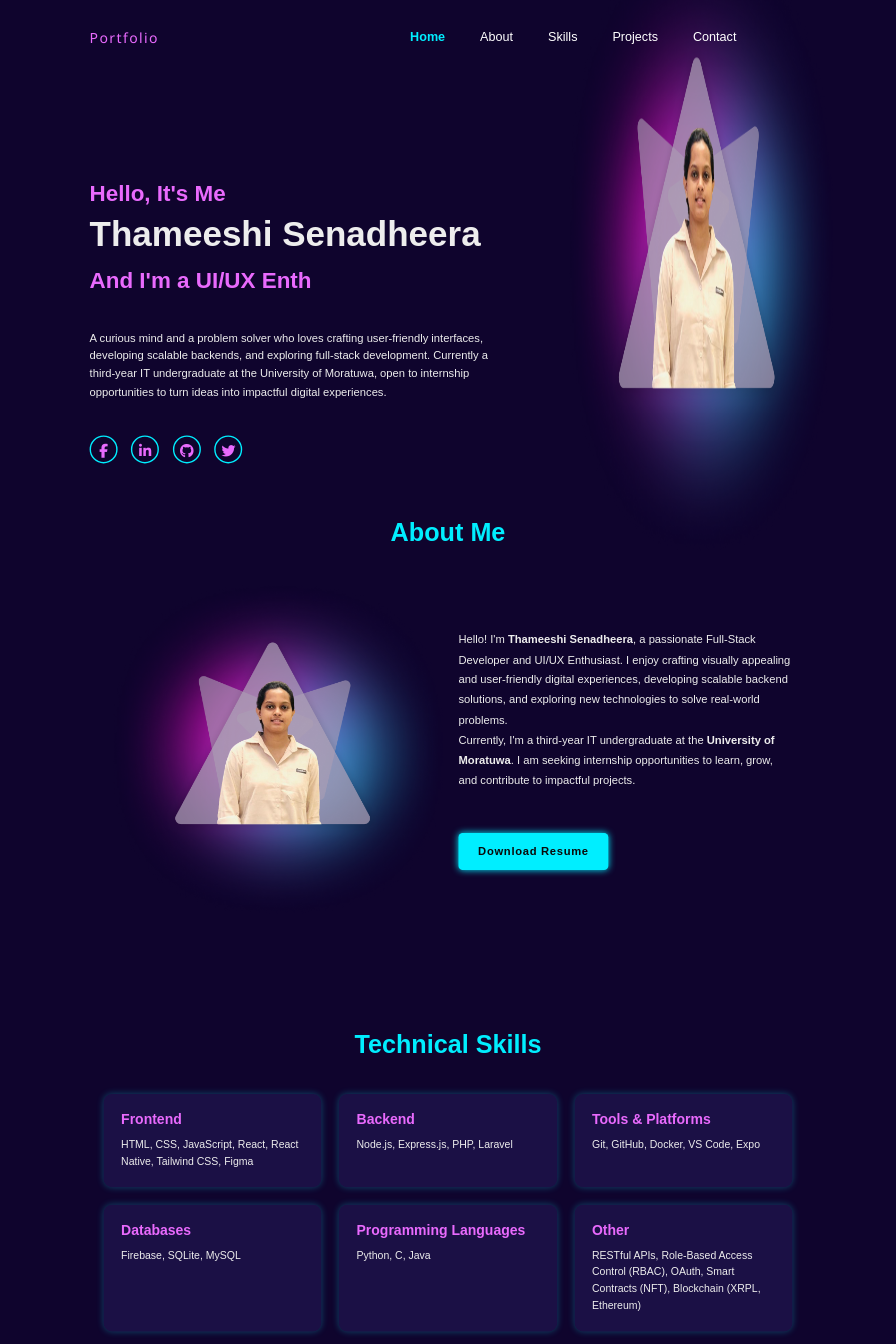
Repository: Thameeshi/portfolio-website
Page: http://localhost/
These files come from the project's save history. The page is drawn as it stood at one moment and after the next save; the edit follows.
The browser window is 1280 px wide. The pictures show the part of the page from y = 0 to 1920 px (the page is 3616 px tall), at 70% of full size.
Some web libraries are served in a nearby version. The page is served by the project's Node server (server.js).

Above is the page before, as saved 2025-09-10 11:04:25.

### public/css/style.css
/* Reset */
* {
    margin: 0;
    padding: 0;
    box-sizing: border-box;
    font-family: 'Poppins', sans-serif;
}

/* Body */
body {
    background: #0F042D;
    color: #ededed;
    scroll-behavior: smooth;
    overflow-x: hidden;
}

/* Header */
.header {
    position: fixed;
    top: 0;
    left: 0;
    width: 100%;
    padding: 40px 10%;
    display: flex;
    justify-content: space-between;
    align-items: center;
    z-index: 100;
    transition: background 0.3s ease-in-out;
}

.logo {
    font-size: 20px;
    color: #E96AFD;
    text-decoration: none;
    font-weight: 550;
    letter-spacing: 2px;
    font-family: 'Segoe UI', Tahoma, Geneva, Verdana, sans-serif;
    transition: transform 0.3s ease;
}
.logo:hover { transform: scale(1.1) rotate(-3deg); }

.navbar {
    display: flex;
    align-items: center;
    margin-right: 100px;
}
.navbar a {
    display: inline-block;
    font-size: 18px;
    color: #fff;
    text-decoration: none;
    font-weight: 500;
    margin-left: 50px;
    position: relative;
    transition: color 0.3s ease;
}
.navbar a::after {
    content: '';
    position: absolute;
    left: 0;
    bottom: -5px;
    width: 0;
    height: 2px;
    background: #0ef;
    transition: width 0.3s;
}
.navbar a:hover { color: #0ef; }
.navbar a:hover::after { width: 100%; }
.navbar a.active { color: #0ef; font-weight: 700; }

/* Home Section */
.home {
    display: flex;
    align-items: center;
    justify-content: space-between;
    padding: 50px 10%;
    height: 100vh;
    gap: 50px;
}

.home-content {
    flex: 1;
    max-width: 600px;
    animation: fadeIn 2s ease-in-out;
    margin-top: 200px;
}
.home-content h3 { font-size: 32px; font-weight: 700; color: #E96AFD; margin-bottom: 10px; animation: slideInLeft 1s ease; }
.home-content h1 { font-size: 50px; font-weight: 800; margin-bottom: 20px; animation: slideInRight 1.2s ease; }
.home-content p { line-height: 1.6; font-size: 16px; margin-bottom: 25px; margin-top:50px;animation: fadeInUp 1.5s ease; }

.btn-box {
    display: inline-block;
    padding: 12px 28px;
    background: #0ef;
    border-radius: 6px;
    font-size: 16px;
    color: #0a0a0a;
    font-weight: 600;
    letter-spacing: 1px;
    text-decoration: none;
    transition: 0.3s;
    box-shadow: 0 0 10px #0ef;
}
.btn-box:hover {
    background: #0c9;
    box-shadow: 0 0 20px #0ef, 0 0 40px #0ef;
    transform: scale(1.05);
}

/* Social Links */
.home-sci { margin-top: 50px; }
.home-sci a {
    display: inline-block;
    width: 40px;
    height: 40px;
    border: 2px solid #0ef;
    border-radius: 50%;
    font-size: 20px;
    color: #E96AFD;
    text-align: center;
    line-height: 40px;
    margin-right: 15px;
    transition: 0.4s;
}
.home-sci a:hover {
    background: #E96AFD;
    color: #0a0a0a;
    box-shadow: 0 0 20px #E96AFD;
}

/* Image next to home-content */
.image {
    flex: 1;
    max-width: 400px;
    animation: float 3s ease-in-out infinite;
}
.image img {
    width: 500px;
    height: 900px;
    margin-left: 50px;
}

/* Float animation */
@keyframes float {
    0%, 100% { transform: translateY(0); }
    50% { transform: translateY(-10px); }
}

/* About Section */
.about {
    padding: 70px 10%;
    color: #ededed;
    margin-top: -100px;
}
.about h2 { font-size: 36px; font-weight: 700; color: #0ef; margin-bottom: 40px; text-align: center; margin-top: 100px; }

.download { margin-top: 40px; }

.about-content {
    display: flex;
    align-items: center;
    justify-content: space-between;
    flex-wrap: wrap;
    gap: 30px;
    flex-direction: row-reverse;
}
.container { max-width: 1200px; margin: 0 auto; padding: 0 20px; margin-top: -50px; }
.about-text { flex: 1; min-width: 300px; font-size: 16px; line-height: 1.8; }
.about-text .btn-box { margin-top: 20px; }
.about-image { flex: 1; min-width: 400px; text-align: center; }
.about-image img { max-width: 500px; border-radius: 10px; }

/* Skills Section */
.skills {
    padding: 80px 10%;
    margin-top: 50px;
}
.skills h2 {
    font-size: 36px;
    font-weight: 700;
    color: #0ef;
    margin-bottom: 50px;
    text-align: center;
}
.skills-grid {
    display: grid;
    grid-template-columns: repeat(auto-fit, minmax(250px, 1fr));
    gap: 25px;
}
.skill-card {
    background: #1b1045;
    padding: 25px;
    border-radius: 12px;
    box-shadow: 0 0 10px rgba(14, 239, 255, 0.3);
    transition: transform 0.3s ease, box-shadow 0.3s ease;
}
.skill-card:hover {
    transform: translateY(-8px);
    box-shadow: 0 0 20px #0ef;
}
.skill-card h3 {
    font-size: 20px;
    color: #E96AFD;
    margin-bottom: 12px;
}
.skill-card p {
    font-size: 15px;
    line-height: 1.6;
    color: #ededed;
}

/* Projects Section */
.projects {
    padding: 80px 10%;
    margin-top: 50px;
}

.projects h2 {
    font-size: 36px;
    font-weight: 700;
    color: #0ef;
    margin-bottom: 50px;
    text-align: center;
}

.project-showcase {
    display: flex;
    justify-content: center;
    max-width: 1000px;
    margin: 0 auto;
}

.project-card {
    background: #1b1045;
    border-radius: 20px;
    overflow: hidden;
    box-shadow: 0 0 30px rgba(14, 239, 255, 0.2);
    transition: transform 0.3s ease, box-shadow 0.3s ease;
    width: 100%;
    display: flex;
    min-height: 500px;
}

.project-card:hover {
    transform: translateY(-5px);
    box-shadow: 0 0 40px rgba(14, 239, 255, 0.4);
}

.project-image-container {
    position: relative;
    flex: 1;
    overflow: hidden;
}

.project-images {
    position: relative;
    height: 100%;
    width: 100%;
}

.project-img {
    position: absolute;
    top: 0;
    left: 0;
    width: 100%;
    height: 100%;
    object-fit: cover;
    opacity: 0;
    transition: opacity 0.5s ease-in-out;
}

.project-img.active {
    opacity: 1;
}

.image-nav {
    position: absolute;
    bottom: 20px;
    left: 50%;
    transform: translateX(-50%);
    display: flex;
    gap: 10px;
    z-index: 3;
}

.nav-dot {
    width: 12px;
    height: 12px;
    border-radius: 50%;
    border: 2px solid rgba(255, 255, 255, 0.6);
    background: transparent;
    cursor: pointer;
    transition: all 0.3s ease;
}

.nav-dot:hover,
.nav-dot.active {
    background: #0ef;
    border-color: #0ef;
    transform: scale(1.2);
}

.project-overlay {
    position: absolute;
    top: 0;
    left: 0;
    right: 0;
    bottom: 0;
    background: linear-gradient(135deg, rgba(14, 239, 255, 0.8), rgba(233, 106, 253, 0.8));
    display: flex;
    align-items: center;
    justify-content: center;
    opacity: 0;
    transition: opacity 0.3s ease;
    z-index: 2;
}

.project-card:hover .project-overlay {
    opacity: 1;
}

.project-links {
    display: flex;
    gap: 20px;
}

.project-link {
    width: 60px;
    height: 60px;
    background: rgba(255, 255, 255, 0.2);
    border-radius: 50%;
    display: flex;
    align-items: center;
    justify-content: center;
    color: #fff;
    font-size: 24px;
    text-decoration: none;
    backdrop-filter: blur(10px);
    border: 2px solid rgba(255, 255, 255, 0.3);
    transition: all 0.3s ease;
}

.project-link:hover {
    background: rgba(255, 255, 255, 0.3);
    transform: scale(1.1);
    border-color: rgba(255, 255, 255, 0.6);
}

.project-info {
    flex: 1;
    padding: 40px;
    display: flex;
    flex-direction: column;
    justify-content: center;
}

.project-info h3 {
    font-size: 28px;
    color: #E96AFD;
    margin-bottom: 20px;
    font-weight: 700;
}

.project-info p {
    font-size: 16px;
    line-height: 1.7;
    color: #ededed;
    margin-bottom: 25px;
}

.project-features {
    display: grid;
    grid-template-columns: 1fr 1fr;
    gap: 15px;
    margin-bottom: 25px;
}

.feature {
    display: flex;
    align-items: center;
    gap: 8px;
    font-size: 14px;
    color: #ededed;
}

.feature i {
    color: #0ef;
    font-size: 16px;
}

.project-tech {
    display: flex;
    flex-wrap: wrap;
    gap: 10px;
}

.project-tech span {
    background: linear-gradient(135deg, #0ef, #E96AFD);
    color: #0a0a0a;
    padding: 8px 16px;
    border-radius: 25px;
    font-size: 13px;
    font-weight: 600;
    letter-spacing: 0.5px;
}

/* Responsive */
@media (max-width: 768px) {
    .projects {
        padding: 60px 5%;
    }

    .project-card {
        flex-direction: column;
        min-height: auto;
    }

    .project-image-container {
        height: 300px;
    }

    .project-info {
        padding: 30px 25px;
    }

    .project-info h3 {
        font-size: 24px;
    }

    .project-info p {
        font-size: 15px;
    }

    .project-features {
        grid-template-columns: 1fr;
        gap: 10px;
    }

    .project-links {
        gap: 15px;
    }

    .project-link {
        width: 50px;
        height: 50px;
        font-size: 20px;
    }
}

/* Add these styles to your existing stylesheet.css file */

/* Contact Section */
.contact {
    padding: 80px 10%;
    margin-top: 50px;
}

.contact h2 {
    font-size: 36px;
    font-weight: 700;
    color: #0ef;
    margin-bottom: 20px;
    text-align: center;
}

.contact > p {
    text-align: center;
    font-size: 18px;
    color: #ededed;
    margin-bottom: 50px;
    opacity: 0.8;
}

.contact-content {
    display: grid;
    grid-template-columns: 1fr 1fr;
    gap: 60px;
    max-width: 1200px;
    margin: 0 auto;
    align-items: start;
}

.contact-info {
    display: flex;
    flex-direction: column;
    gap: 30px;
}

.contact-item {
    background: #1b1045;
    padding: 25px;
    border-radius: 15px;
    text-align: center;
    transition: transform 0.3s ease, box-shadow 0.3s ease;
    border: 1px solid rgba(14, 239, 255, 0.1);
}

.contact-item:hover {
    transform: translateY(-5px);
    box-shadow: 0 10px 30px rgba(14, 239, 255, 0.2);
}

.contact-item i {
    font-size: 28px;
    color: #0ef;
    margin-bottom: 15px;
}

.contact-item h3 {
    font-size: 20px;
    color: #E96AFD;
    margin-bottom: 10px;
    font-weight: 600;
}

.contact-item p {
    color: #ededed;
    font-size: 16px;
}

.contact-form {
    background: #1b1045;
    padding: 40px;
    border-radius: 20px;
    box-shadow: 0 0 20px rgba(14, 239, 255, 0.1);
    border: 1px solid rgba(14, 239, 255, 0.1);
}

.form-group {
    margin-bottom: 25px;
}

.form-group input,
.form-group textarea {
    width: 100%;
    padding: 15px 20px;
    background: rgba(15, 4, 45, 0.8);
    border: 2px solid rgba(14, 239, 255, 0.2);
    border-radius: 10px;
    color: #ededed;
    font-size: 16px;
    font-family: 'Poppins', sans-serif;
    transition: all 0.3s ease;
    resize: vertical;
}

.form-group input:focus,
.form-group textarea:focus {
    outline: none;
    border-color: #0ef;
    box-shadow: 0 0 0 3px rgba(14, 239, 255, 0.1);
    transform: translateY(-2px);
}

.form-group input::placeholder,
.form-group textarea::placeholder {
    color: rgba(237, 237, 237, 0.6);
}

.form-group textarea {
    min-height: 120px;
    max-height: 200px;
}

.contact-form .btn-box {
    width: 100%;
    padding: 15px;
    font-size: 18px;
    margin-top: 10px;
    position: relative;
    overflow: hidden;
}

.contact-form .btn-box:hover {
    transform: translateY(-2px);
}

.contact-form .btn-box:active {
    transform: translateY(0);
}

/* Footer */
.footer {
    background: #1b1045;
    padding: 30px 10%;
    text-align: center;
    margin-top: 50px;
    border-top: 1px solid rgba(14, 239, 255, 0.1);
}

.footer p {
    color: #ededed;
    font-size: 14px;
    opacity: 0.8;
}

/* Enhanced responsive design */
@media (max-width: 768px) {
    .contact {
        padding: 60px 5%;
    }

    .contact-content {
        grid-template-columns: 1fr;
        gap: 40px;
    }

    .contact-form {
        padding: 25px 20px;
    }

    .form-group input,
    .form-group textarea {
        padding: 12px 15px;
        font-size: 14px;
    }

    .contact h2 {
        font-size: 28px;
    }

    .contact > p {
        font-size: 16px;
    }

    .contact-item {
        padding: 20px;
    }

    .contact-item i {
        font-size: 24px;
    }

    .contact-item h3 {
        font-size: 18px;
    }
}

@media (max-width: 480px) {
    .contact-form {
        padding: 20px 15px;
    }

    .form-group {
        margin-bottom: 20px;
    }

    .contact-info {
        gap: 20px;
    }

    .contact-item {
        padding: 15px;
    }
}

/* Additional animations */
@keyframes slideInLeft {
    from {
        transform: translateX(-50px);
        opacity: 0;
    }
    to {
        transform: translateX(0);
        opacity: 1;
    }
}

@keyframes slideInRight {
    from {
        transform: translateX(50px);
        opacity: 0;
    }
    to {
        transform: translateX(0);
        opacity: 1;
    }
}

/* Performance optimizations */
* {
    box-sizing: border-box;
}

img {
    max-width: 100%;
    height: auto;
}

/* Smooth transitions for better UX */
a, button {
    transition: all 0.3s ease;
}

/* Focus styles for accessibility */
a:focus,
button:focus,
input:focus,
textarea:focus {
    outline: 2px solid #0ef;
    outline-offset: 2px;
}

/* High contrast mode support */
@media (prefers-contrast: high) {
    .skill-card,
    .project-card,
    .contact-item,
    .contact-form {
        border: 2px solid #0ef;
    }
}

/* Reduced motion support */
@media (prefers-reduced-motion: reduce) {
    *,
    *::before,
    *::after {
        animation-duration: 0.01ms !important;
        animation-iteration-count: 1 !important;
        transition-duration: 0.01ms !important;
    }
}

/* Print styles */
@media print {
    .header,
    .contact-form,
    .project-overlay,
    .hamburger {
        display: none !important;
    }

    body {
        background: white !important;
        color: black !important;
    }

    .home,
    .about,
    .skills,
    .projects {
        page-break-inside: avoid;
        margin-bottom: 20px;
    }
}

/* Keyframe Animations */
@keyframes fadeIn { from { opacity: 0; } to { opacity: 1; } }
@keyframes slideInLeft { from { transform: translateX(-50px); opacity: 0; } to { transform: translateX(0); opacity: 1; } }
@keyframes slideInRight { from { transform: translateX(50px); opacity: 0; } to { transform: translateX(0); opacity: 1; } }
@keyframes fadeInUp { from { transform: translateY(30px); opacity: 0; } to { transform: translateY(0); opacity: 1; } }

/* Responsive */
@media (max-width: 768px) {
    .home {
        flex-direction: column;
        text-align: center;
        padding: 100px 5% 0;
        gap: 30px;
    }
    .home-content h1 { font-size: 36px; }
    .home-content h3 { font-size: 24px; }
    .image { max-width: 200px; margin-top: 20px; }
    .about-content { flex-direction: column; text-align: center; }
    .about-image img { max-width: 200px; margin-top: 20px; }
    .navbar a { margin-left: 20px; font-size: 16px; }
    .header { padding: 15px 5%; }
}

Loaded but not shown: public/js/main.js (628 lines, source omitted); server.js (274 lines, source omitted); views/index.ejs (352 lines, source omitted)

After the next save:
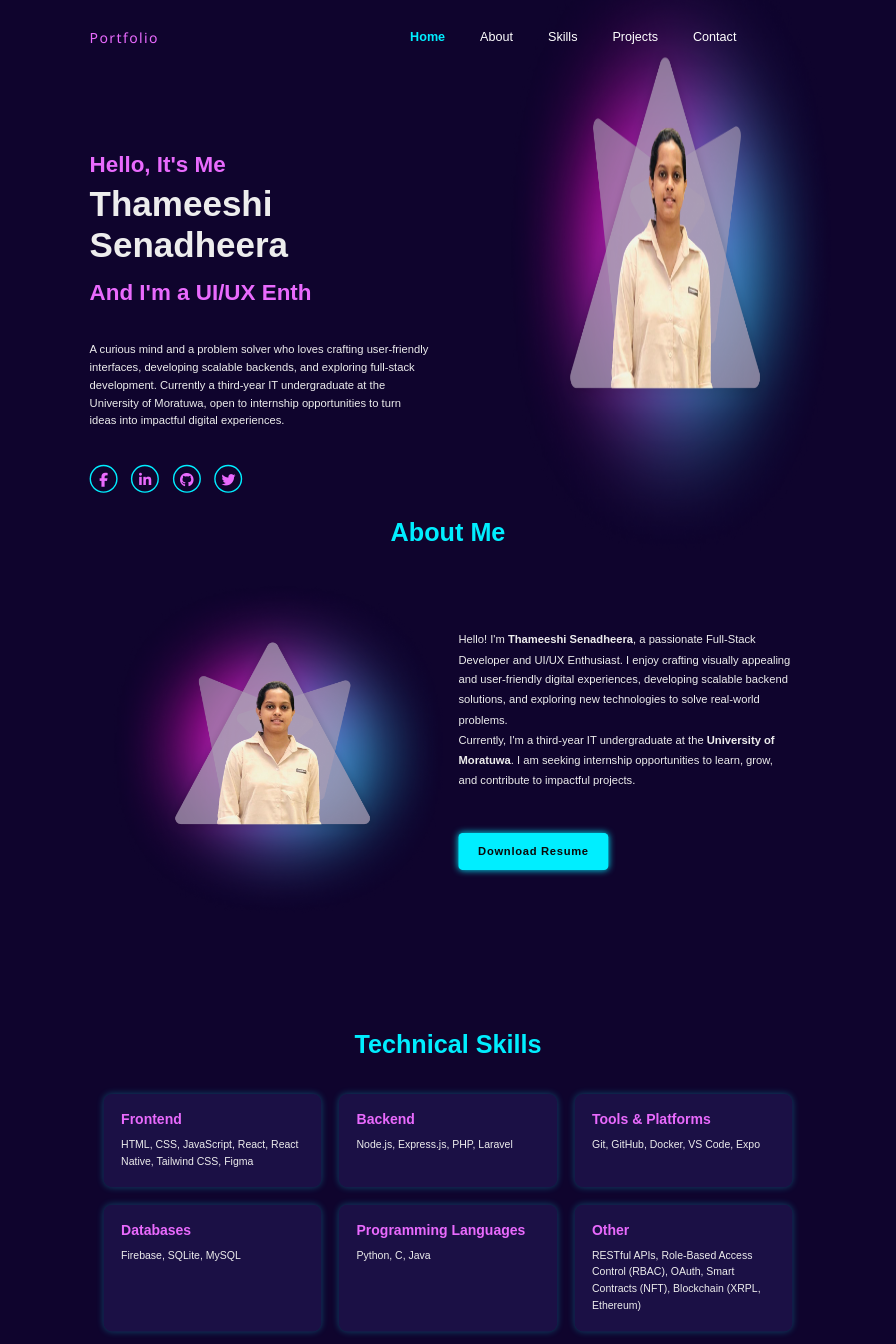
Saved 28 s later.
--- a/public/css/style.css
+++ b/public/css/style.css
@@ -131,7 +131,7 @@ body {
 /* Image next to home-content */
 .image {
     flex: 1;
-    max-width: 400px;
+    max-width: 900px;
     animation: float 3s ease-in-out infinite;
 }
 .image img {
